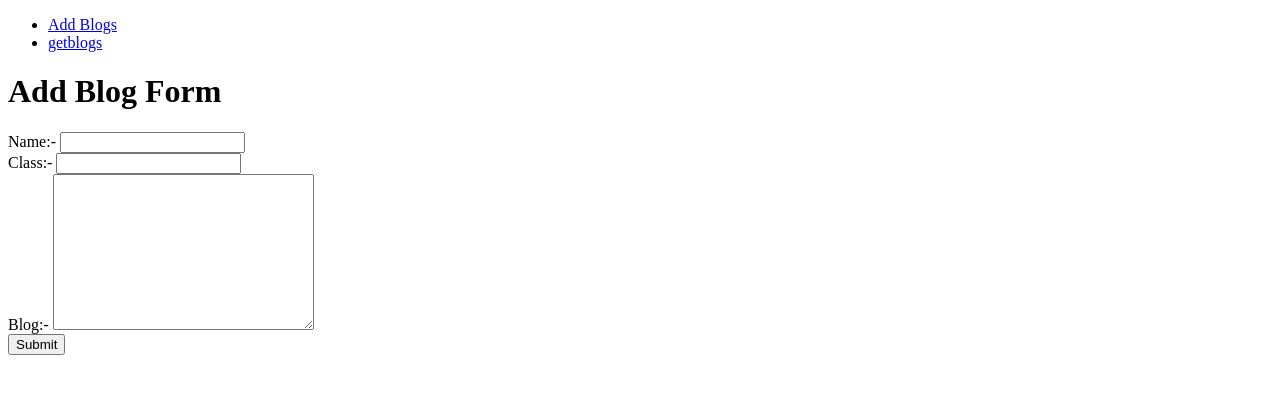
Repository: Sanskriti002/ExpressToDo
Page: public/index.html
These files come from the project's save history. The page is drawn as it stood at one moment and after the next save; the edit follows.
The browser window is 1280 px wide. The pictures show the whole page.

Above is the page before, as saved 2024-03-13 11:49:50.

After the next save:
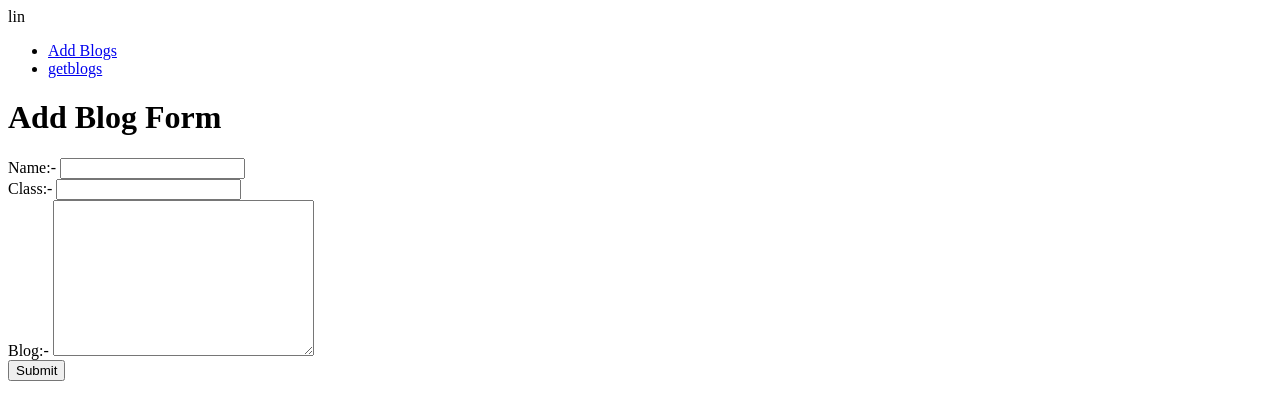
Saved 5 s later.
--- a/public/index.html
+++ b/public/index.html
@@ -5,6 +5,7 @@
     <meta charset="UTF-8">
     <meta name="viewport" content="width=device-width, initial-scale=1.0">
     <title>Add Blogs</title>
+    lin
 </head>
 
 <header>
